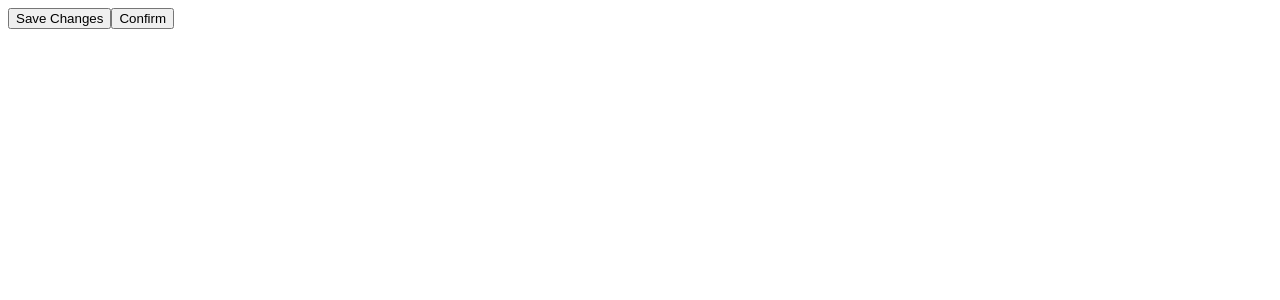
Repository: TaewookKwak/React
Page: props.html
An editor plug-in stored every save of this project. The page is shown before and after the next save, followed by the edit.
The browser window is 1280 px wide. The pictures show the whole page.

Above is the page before, as saved 2021-12-15 11:53:33.

After the next save:
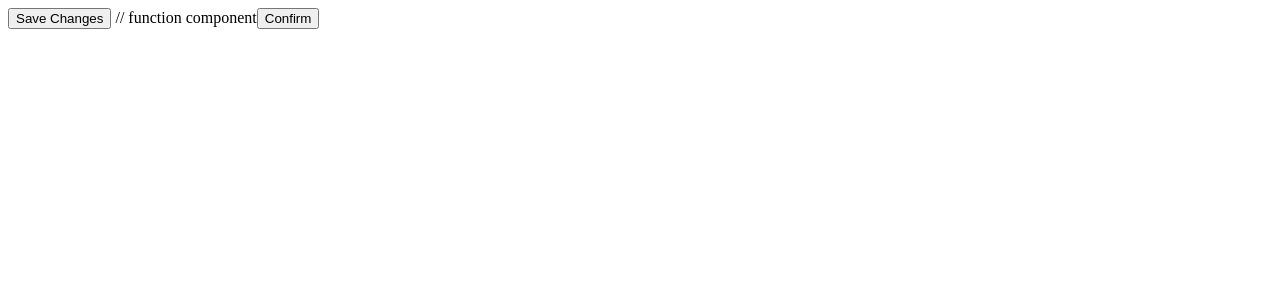
Saved 56 s later.
--- a/props.html
+++ b/props.html
@@ -18,7 +18,7 @@
     function App() {
       return (
         <div>
-          <SaveBtn />
+          <SaveBtn /> // function component
           <ConfirmBtn />
         </div>
       );

After the save that followed:
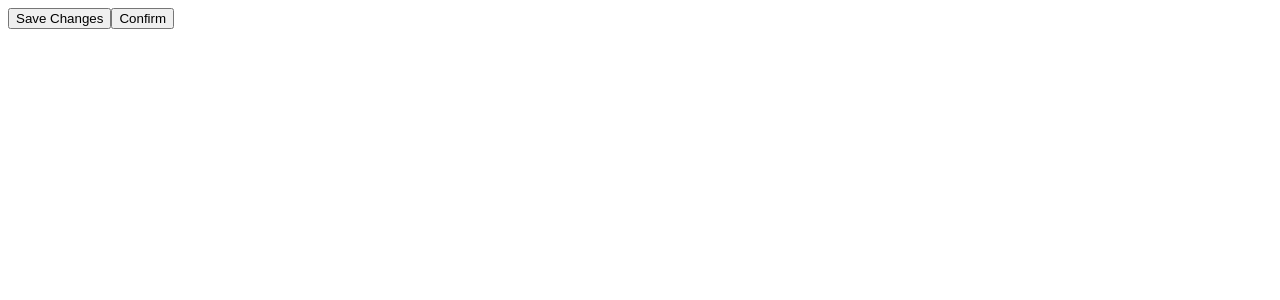
Saved 13 s later.
--- a/props.html
+++ b/props.html
@@ -18,7 +18,7 @@
     function App() {
       return (
         <div>
-          <SaveBtn /> // function component
+          <SaveBtn />
           <ConfirmBtn />
         </div>
       );
